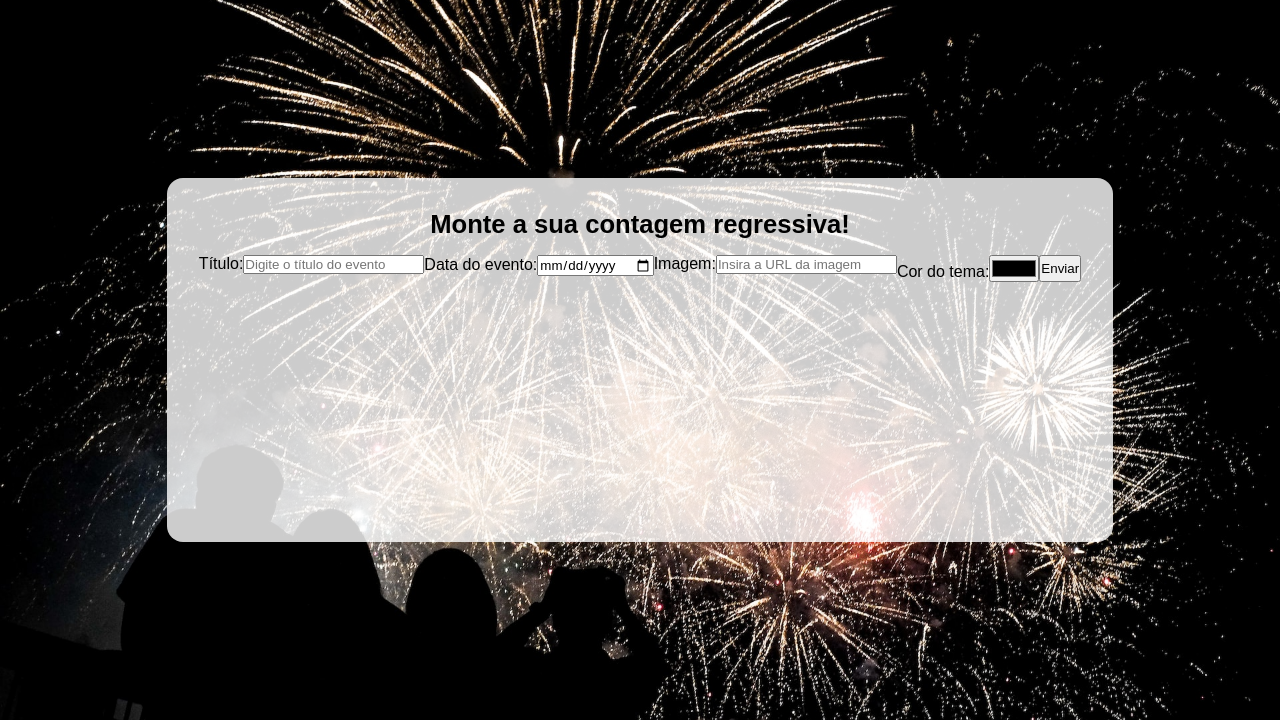
Repository: Bitroia/countdown_timer
Page: / (app in countdown/)
The author's editor kept a copy of each file at every save. The page is drawn from the files as they stood at one save, then again after a run of saves.
The browser window is 1280 px wide. The pictures show the whole page.
The project was rebuilt for these pictures with package versions that can differ from the ones it lists, and the page was loaded fresh each time. Also part of the build but not shown: countdown/vite.config.js, countdown/src/components/Title.css, countdown/src/components/Title.jsx, countdown/src/components/Counter.css, countdown/src/components/Counter.jsx, countdown/src/routes/Countdown.jsx.

Above is the page before, as saved 2026-07-07 20:11:24.

After the next 3 saves:
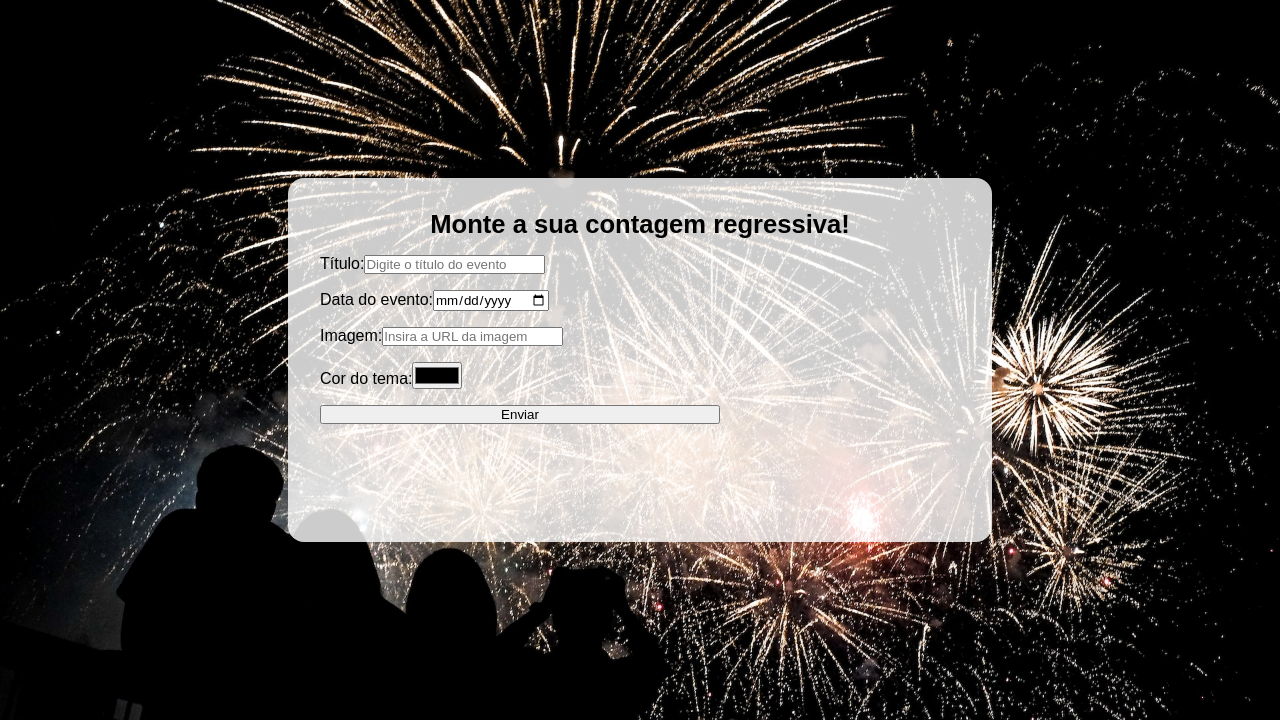
The 3 saves are shown as one change because they came seconds apart.
The last was saved 15 s later.
--- a/countdown/src/routes/Home.css
+++ b/countdown/src/routes/Home.css
@@ -6,5 +6,7 @@
 
 .countdown-form{
     display: flex;
-
+    flex-direction: column;
+    gap: 1rem;
+    max-width: 400px;
 }
